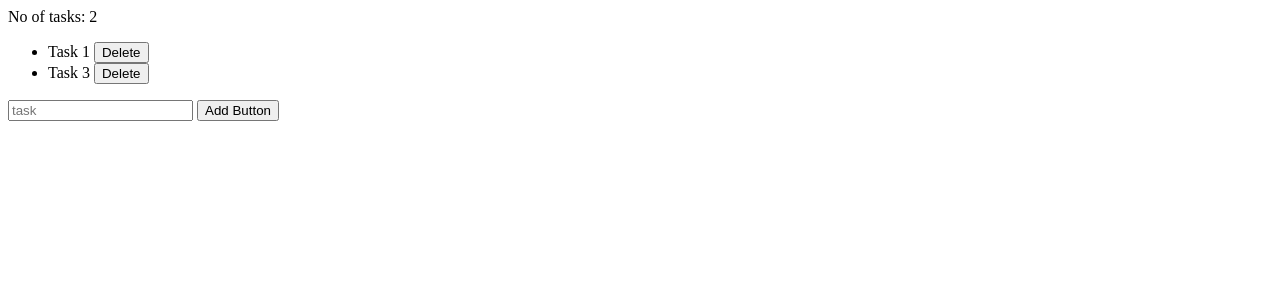
Repository: narendraiitm/jan-2023-term-live-session
Page: todo-vue/index.html
An editor plug-in stored every save of this project. The page is shown before and after the next save, followed by the edit.
The browser window is 1280 px wide. The pictures show the whole page.

Above is the page before, as saved 2023-02-16 16:36:46.

After the next save:
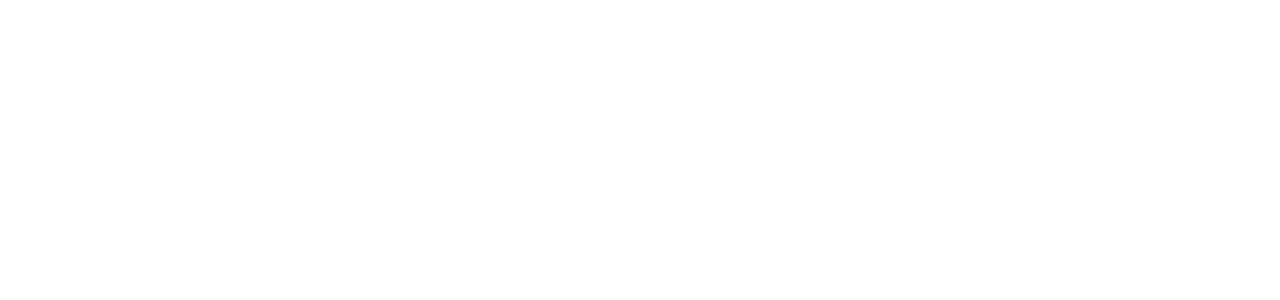
Console error: TypeError: Cannot read properties of undefined (reading 'length')
Saved 3 min 5 s later.
--- a/todo-vue/app.js
+++ b/todo-vue/app.js
@@ -25,8 +25,6 @@
     },
   },
   computed: {
-    noOfTasks() {
-      return this.tasks.length
-    },
+    noOfTasks: this.tasks.length,
   },
 })

After the 2 saves that followed:
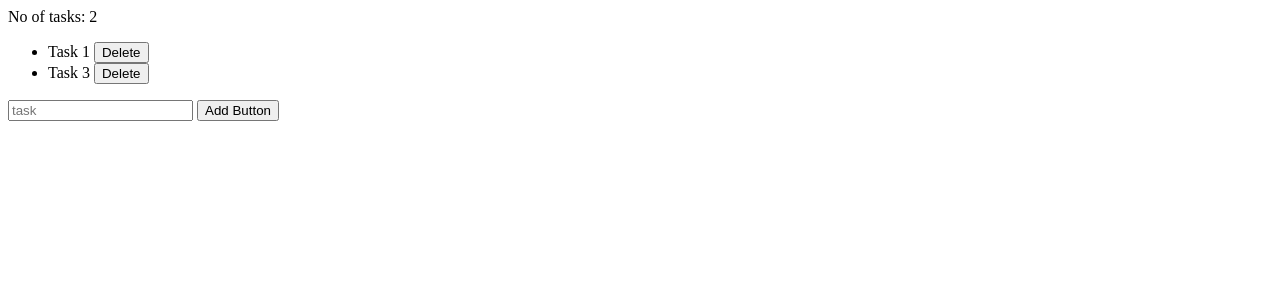
The error is gone.
The 2 saves are shown as one change because 1 left the picture as it was.
The last was saved 34 s later.
--- a/todo-vue/app.js
+++ b/todo-vue/app.js
@@ -25,6 +25,8 @@
     },
   },
   computed: {
-    noOfTasks: this.tasks.length,
+    noOfTasks() {
+      return this.tasks.length
+    },
   },
 })
